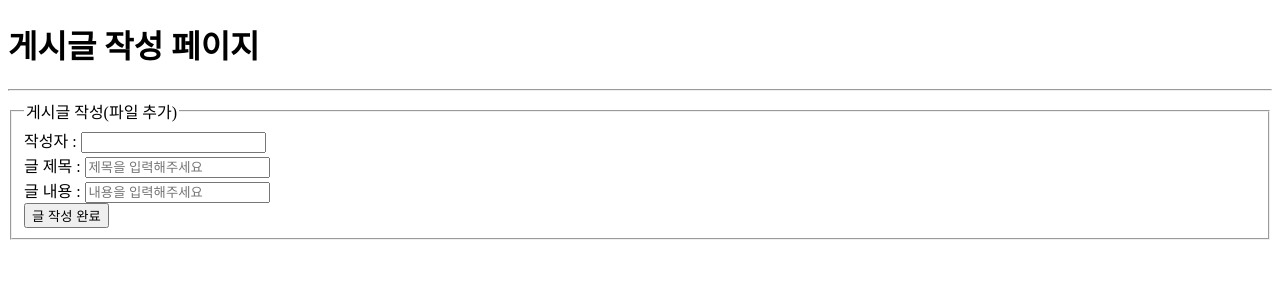
Repository: loseminho/khAcademy-Study
Page: http://localhost/02_SpringMVC_CRUD/boardWriteFrm2.do
An editor plug-in stored every save of this project. The page is shown before and after the next save, followed by the edit.
The browser window is 1280 px wide. The pictures show the whole page.
The page is served by Tomcat 9. Other server files are loaded and not shown.

Above is the page before, as saved 2022-10-04 06:48:57.

### spring/workspace-sts-3.9.13.RELEASE/02_SpringMVC_CRUD/src/main/webapp/WEB-INF/views/board/boardWriteFrm2.jsp
<%@ page language="java" contentType="text/html; charset=UTF-8"
    pageEncoding="UTF-8"%>
    <%@ taglib uri="http://java.sun.com/jsp/jstl/core" prefix="c" %>
<!DOCTYPE html>
<html>
<head>
<meta charset="UTF-8">
<title>Insert title here</title>
</head>
<body>
	<h1>게시글 작성 페이지</h1>
	<hr>
	<form action="/boardWrite.do" method="post">
		<fieldset>
			<legend>게시글 작성(파일 추가)</legend>
			작성자 : <input type="text" name="boardWriter" value="${sessionScope.m.memberId }" readonly>
			<br>
			글 제목 : <input type="text" name="boardTitle" placeholder = "제목을 입력해주세요">
			<br>
			글 내용 : <input type="text" name="boardContent" placeholder = "내용을 입력해주세요">
			<br>
			<input type="submit" value="글 작성 완료">
		</fieldset>
	</form>
</body>
</html>

After the next save:
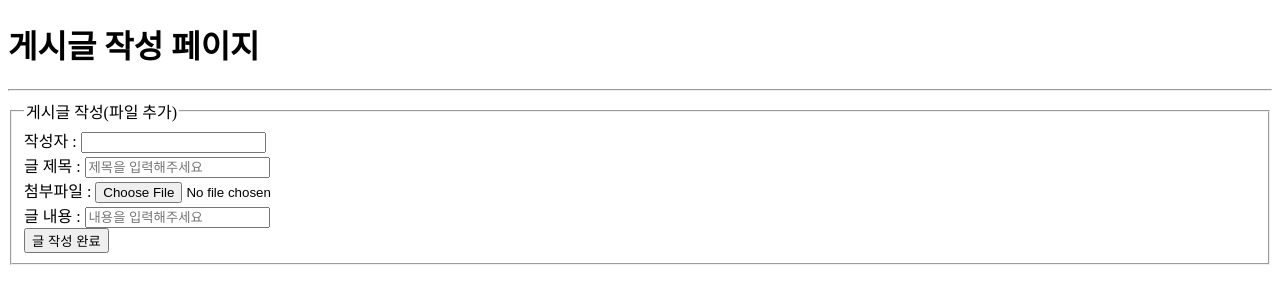
Saved 29 s later.
--- a/spring/workspace-sts-3.9.13.RELEASE/02_SpringMVC_CRUD/src/main/webapp/WEB-INF/views/board/boardWriteFrm2.jsp
+++ b/spring/workspace-sts-3.9.13.RELEASE/02_SpringMVC_CRUD/src/main/webapp/WEB-INF/views/board/boardWriteFrm2.jsp
@@ -17,6 +17,8 @@
 			<br>
 			글 제목 : <input type="text" name="boardTitle" placeholder = "제목을 입력해주세요">
 			<br>
+			첨부파일 : <input type="file" name="boardFile">
+			<br>
 			글 내용 : <input type="text" name="boardContent" placeholder = "내용을 입력해주세요">
 			<br>
 			<input type="submit" value="글 작성 완료">
